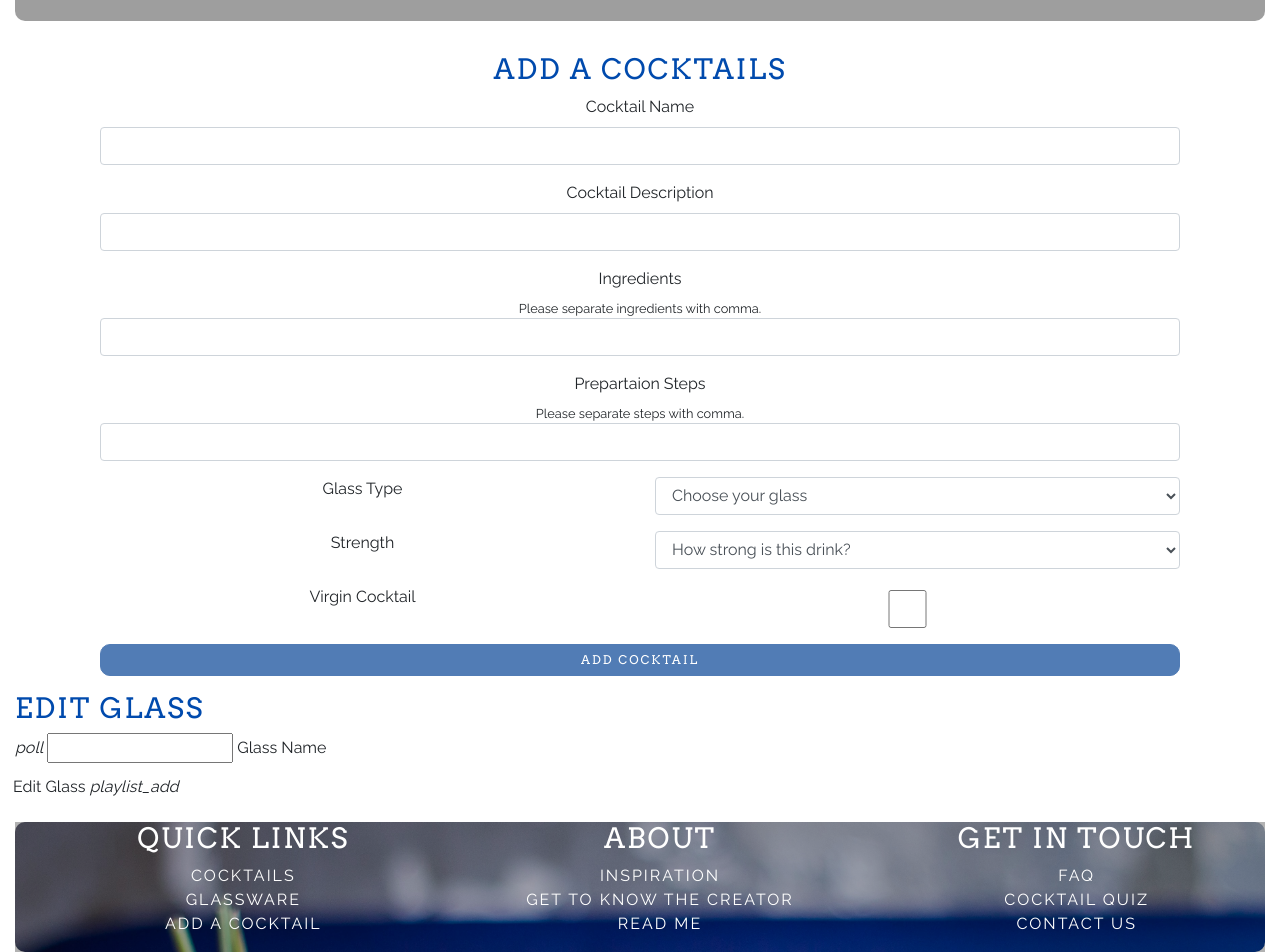
Repository: noblesaleka/cocktail_app
Page: templates/editglass.html
The author's editor kept a record of every edit. The page is drawn from the files as they stood at one moment, then again after the next edit.
The browser window is 1280 px wide. The pictures show the part of the page from y = 535 to 1487 px (the page is 1487 px tall before and 1428 px after).
Pictures or frames that could not be fetched are drawn as grey boxes. The page is served by the project's application, run on Flask 3 (app.py). The template is opened directly, without the code that normally fills it, so the values that code supplies are empty.

Above is the page before.
Console error: TypeError: $(...).formSelect is not a function

After the next edit:
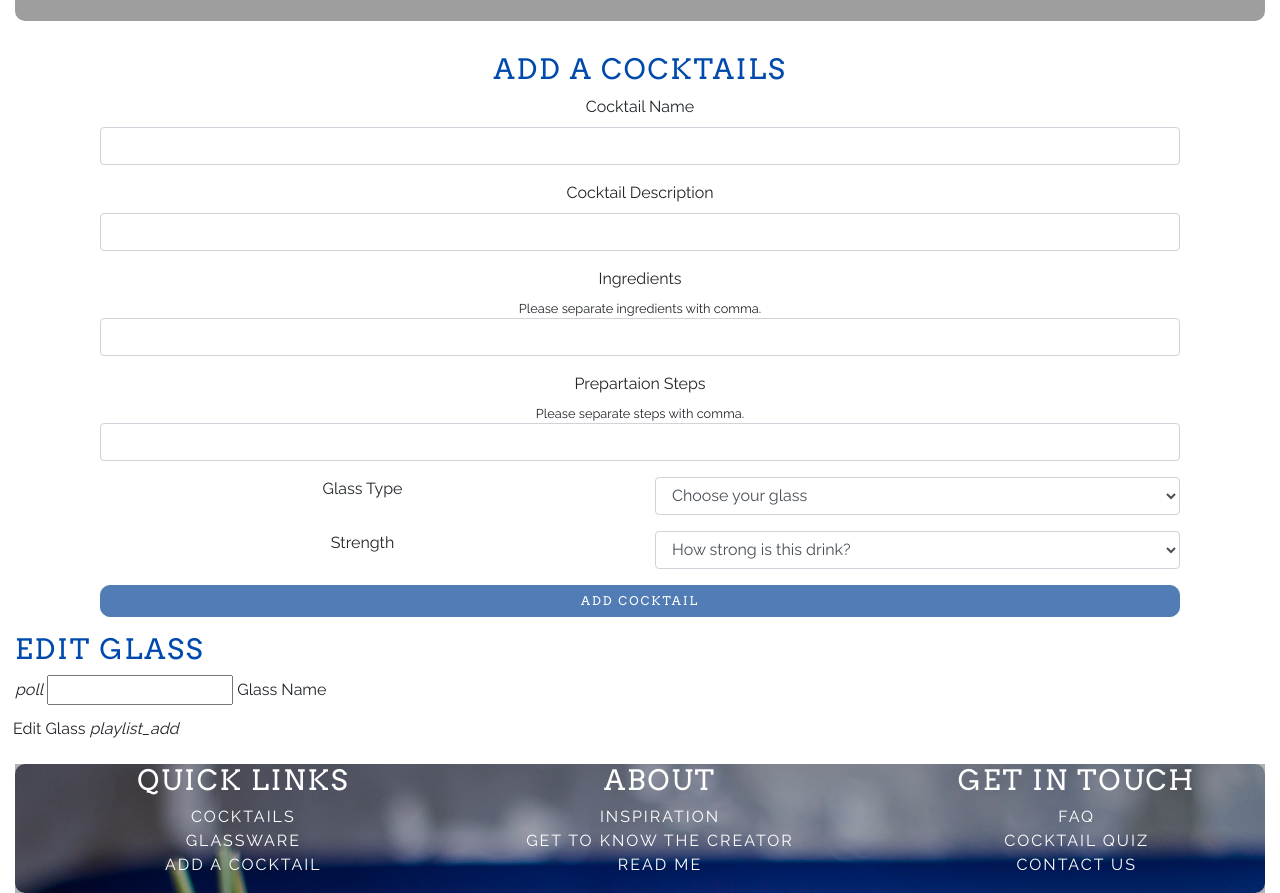
The edit:
--- a/templates/editglass.html
+++ b/templates/editglass.html
@@ -73,19 +73,6 @@
                 </div>
             </div>
 
-            <!--Virgin-->
-            <div class="form-group row ">
-                <div class="col-6">
-                    <label for="blankRadio">Virgin Cocktail</label>
-                </div>
-                <div class="col-6">
-                    <div class="form-check">
-                        <input class="form-check-input position-static form-control" type="checkbox" name="is_virgin" id="is_virgin" value="option">
-                    </div>
-                </div>
-            </div>
-
-
 
             <!--Submit-->
             <div class="form-group row text-center">
